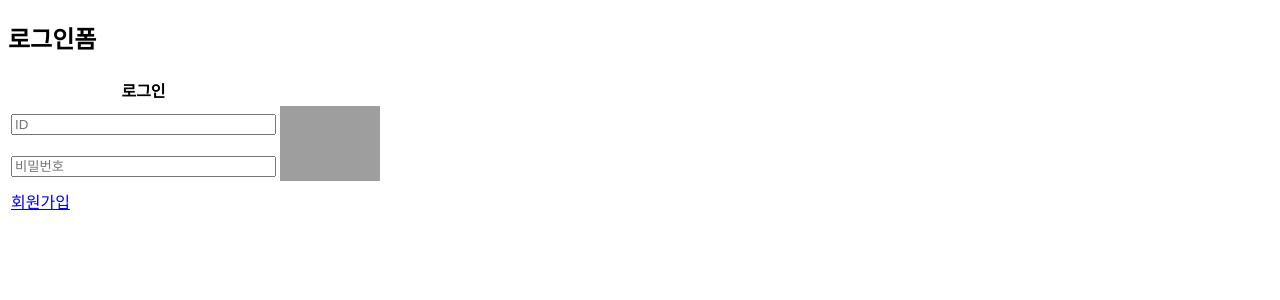
Repository: fellownew/web_workspace
Page: http://localhost/BankSystem/login/login_form.jsp
An editor plug-in stored every save of this project. The page is shown before and after a run of saves, followed by the edit.
The browser window is 1280 px wide. The pictures show the whole page.
Pictures or frames that could not be fetched are drawn as grey boxes. The page is served by Tomcat 9. Nobody is signed in. The application's start-up code is not run.

Above is the page before, as saved 2015-03-26 10:58:21.

After the next 2 saves:
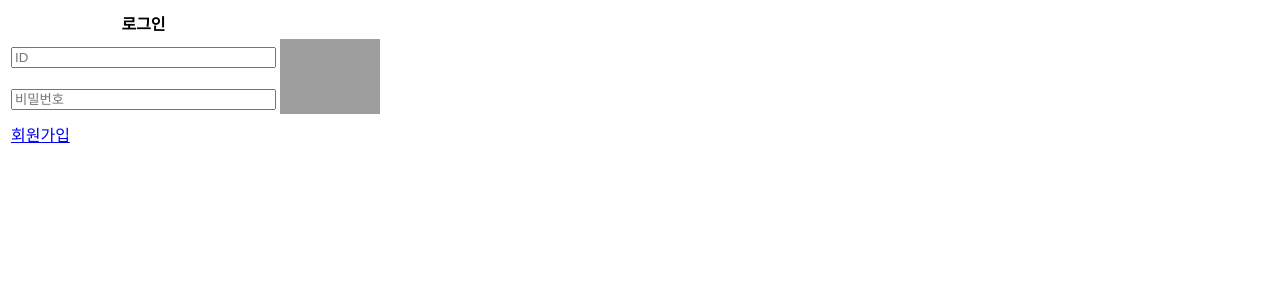
The 2 saves are shown as one change because they came seconds apart.
The last was saved 24 s later.
--- a/BankSystem/WebContent/login/login_form.jsp
+++ b/BankSystem/WebContent/login/login_form.jsp
@@ -9,8 +9,6 @@
 <%
 	String message = (String)request.getAttribute("failMessage") ;
 %>
-<!-- id/password 이름으로 요청파라미터를 전송하는 form을 작성. - session_login으로 요청 -->
-<h2>로그인폼</h2>
 <%if(message != null){ %>
 	<font color="red"><%=message%></font>
 <%} %>
